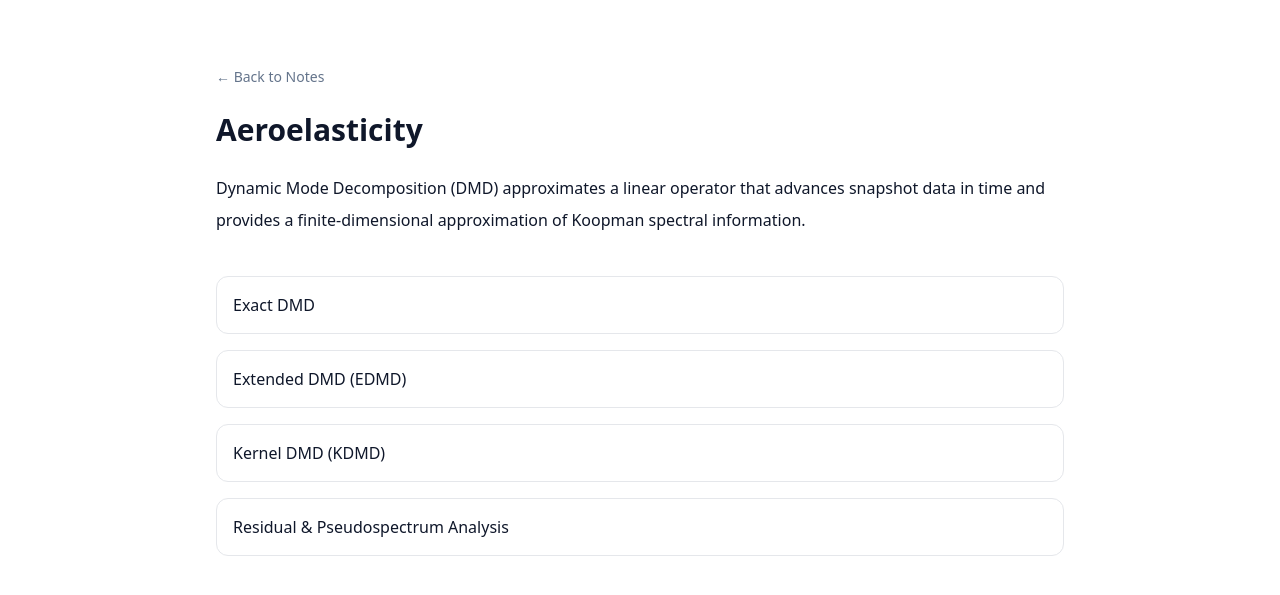
Repository: JWS625/JWS625.github.io
Page: notes/aeroelasticity/index.html
These files come from the project's save history. The page is drawn as it stood at one moment and after the next save; the edit follows.
The browser window is 1280 px wide. The pictures show the whole page.
Some web libraries are served in a nearby version.

Above is the page before, as saved 2026-02-20 17:25:54.

### notes/aeroelasticity/index.html
<!doctype html>
<html>
<head>
<meta charset="utf-8">
<title>Aeroelasticity | Research Notes</title>
<script src="https://cdn.tailwindcss.com"></script>
</head>

<body class="bg-white text-slate-900">
<div class="max-w-4xl mx-auto px-6 py-16">

<a href="../index.html" class="text-sm text-slate-500 hover:text-black">
← Back to Notes
</a>

<h1 class="text-3xl font-semibold mt-6">
Aeroelasticity
</h1>

<p class="mt-6 leading-8">
Dynamic Mode Decomposition (DMD) approximates a linear operator
that advances snapshot data in time and provides a finite-dimensional
approximation of Koopman spectral information.
</p>

<div class="mt-10 space-y-4">

<a href="exact.html" class="block p-4 border rounded-xl hover:bg-slate-50">
Exact DMD
</a>

<a href="edmd.html" class="block p-4 border rounded-xl hover:bg-slate-50">
Extended DMD (EDMD)
</a>

<a href="kdmd.html" class="block p-4 border rounded-xl hover:bg-slate-50">
Kernel DMD (KDMD)
</a>

<a href="residual.html" class="block p-4 border rounded-xl hover:bg-slate-50">
Residual & Pseudospectrum Analysis
</a>

</div>

</div>
</body>
</html>

After the next save:
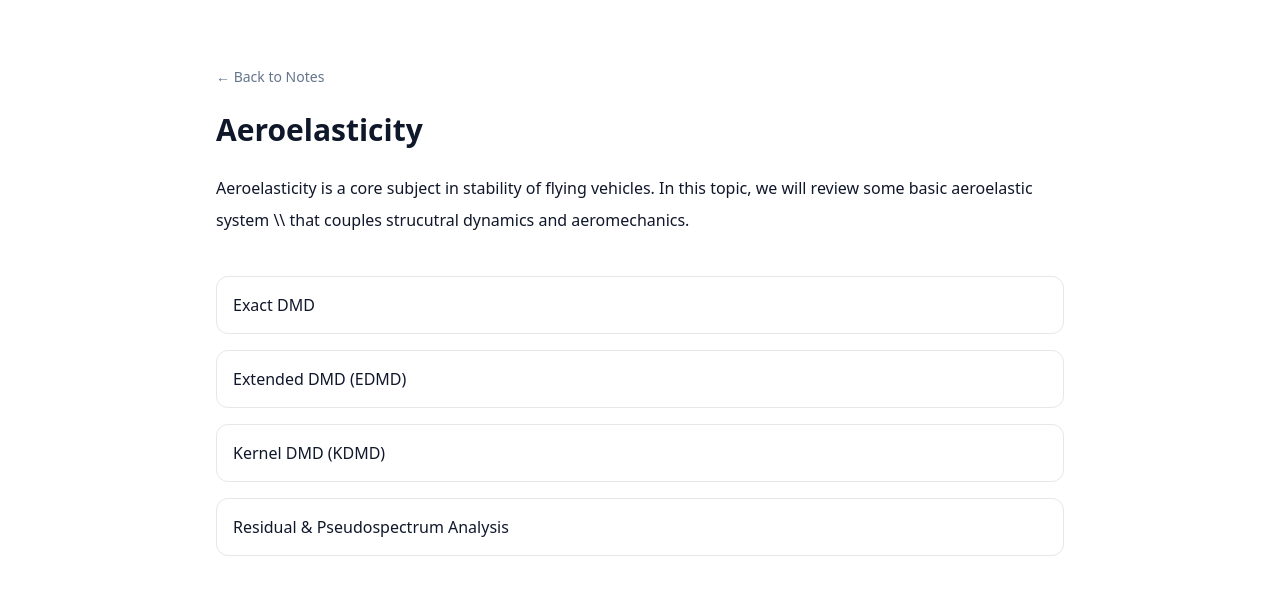
Saved 61 s later.
--- a/notes/aeroelasticity/index.html
+++ b/notes/aeroelasticity/index.html
@@ -18,9 +18,8 @@ Aeroelasticity
 </h1>
 
 <p class="mt-6 leading-8">
-Dynamic Mode Decomposition (DMD) approximates a linear operator
-that advances snapshot data in time and provides a finite-dimensional
-approximation of Koopman spectral information.
+Aeroelasticity is a core subject in stability of flying vehicles. In this topic, we will review some basic aeroelastic system \\
+that couples strucutral dynamics and aeromechanics.
 </p>
 
 <div class="mt-10 space-y-4">
